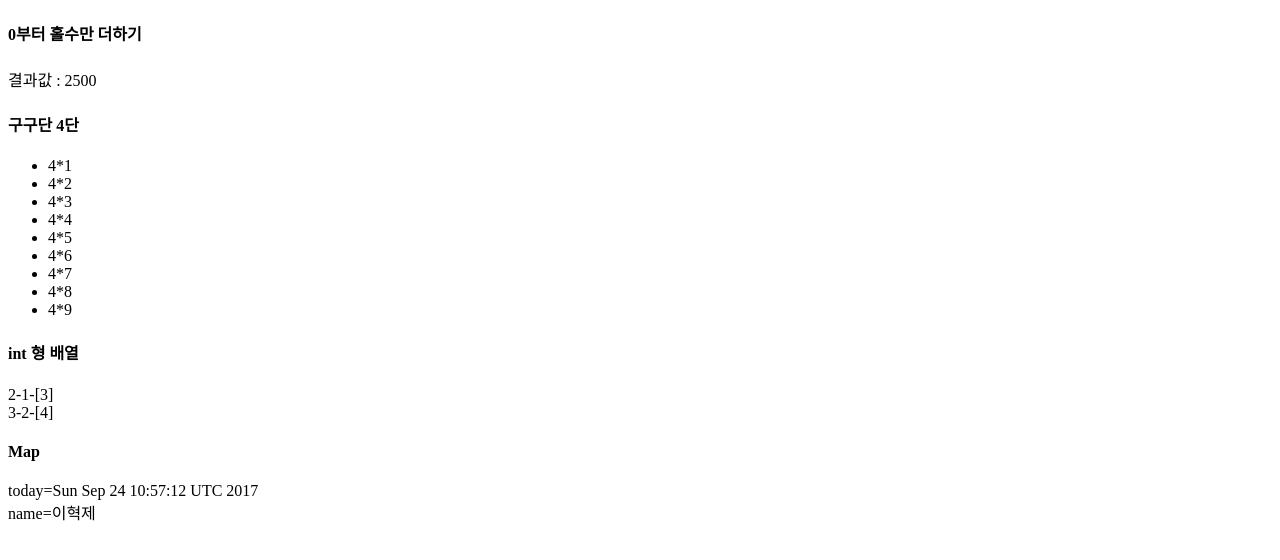
Repository: LeeHyukJe/LHJ
Page: http://localhost/mybbs/chap12/user_forEach_tag.jsp
These files come from the project's save history. The page is drawn as it stood at one moment and after the next save; the edit follows.
The browser window is 1280 px wide. The pictures show the whole page.
The page is served by Tomcat 9. Other server files are loaded and not shown.

Above is the page before, as saved 2017-09-27 03:50:13.

### mybbs/WebContent/chap12/user_forEach_tag.jsp
<%@ page language="java" contentType="text/html; charset=UTF-8"
	pageEncoding="UTF-8"%>
<%@ taglib prefix="c" uri="http://java.sun.com/jsp/jstl/core"%>
<%@page import="java.util.*" %>
<%
	HashMap<String, Object> mapData=new HashMap<String, Object>();
	mapData.put("name", "이혁제");
	mapData.put("today",new java.util.Date());
%>
<c:set var="intArray" value="<%=new int[]{1,2,3,4} %>"/>
<c:set var="map" value="<%=mapData %>"/>
<!DOCTYPE html PUBLIC "-//W3C//DTD HTML 4.01 Transitional//EN" "http://www.w3.org/TR/html4/loose.dtd">
<html>
<head>
<meta http-equiv="Content-Type" content="text/html; charset=UTF-8">
<title>Insert title here</title>
</head>
<body>
	<h4>0부터 홀수만 더하기</h4>
	<c:set var="sum" value="0"/>
	<c:forEach var="i" begin="1" end="100" step="2">
	<c:set var="sum" value="${sum+i }"/>
	</c:forEach>
	결과값  : ${sum }

	<h4>구구단 4단</h4>
	<ul>
	<c:forEach var="i" begin="1" end="9" step="1">
		<li> 4*${i }</li>
	</c:forEach>

	</ul>

	<h4>int 형 배열</h4>
	<c:forEach var="i" items="${intArray }" begin="2" end="4" varStatus="status">
		${status.index }-${status.count }-[${i }]<br>
	</c:forEach>

	<h4>Map</h4>
	<c:forEach var="i" items="${map }">
		${i.key }=${i.value }<br>
	</c:forEach>
</body>
</html>

After the next save:
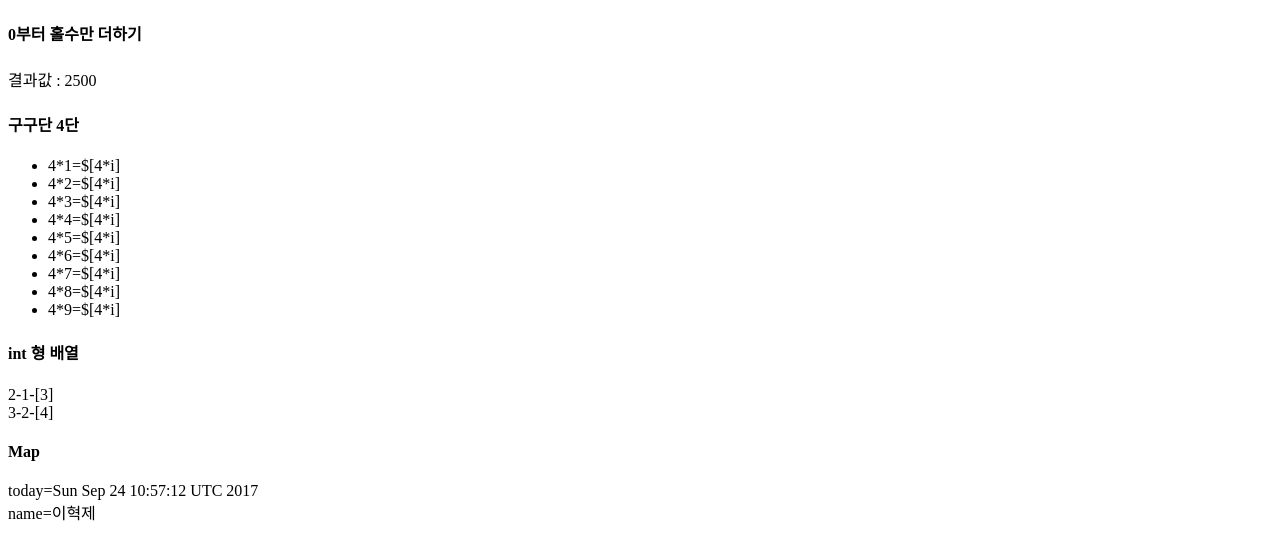
Saved 25 s later.
--- a/mybbs/WebContent/chap12/user_forEach_tag.jsp
+++ b/mybbs/WebContent/chap12/user_forEach_tag.jsp
@@ -26,7 +26,7 @@
 	<h4>구구단 4단</h4>
 	<ul>
 	<c:forEach var="i" begin="1" end="9" step="1">
-		<li> 4*${i }</li>
+		<li> 4*${i }=$[4*i]</li>
 	</c:forEach>
 
 	</ul>
